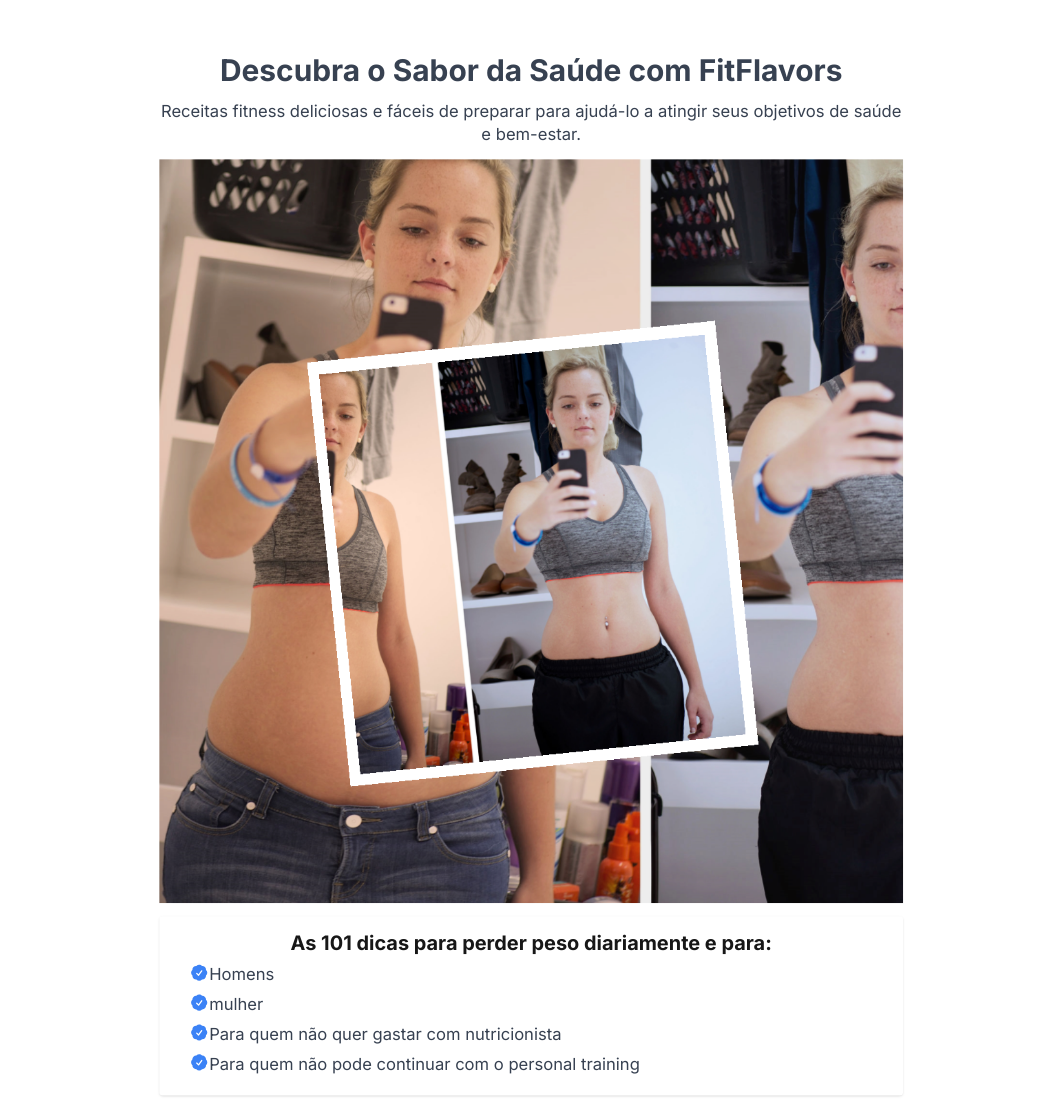
Repository: apreczewski/produtosdigitais
Page: /
These files come from the project's save history. The page is drawn as it stood at one moment and after the next save; the edit follows.
The browser window is 1280 px wide. The pictures show the part of the page from y = 0 to 1336 px (the page is 3620 px tall before and 3668 px after), at 83% of full size.
Pictures or frames that could not be fetched are drawn as grey boxes. The project was rebuilt for these pictures with package versions that can differ from the ones it lists, and the page was loaded fresh each time. The framework's server and built-in components were replaced by stand-ins that run in the browser. Also part of the build but not shown: next.config.js, webpack.config.js.

Above is the page before, as saved 2023-07-27 18:28:49.

After the next save:
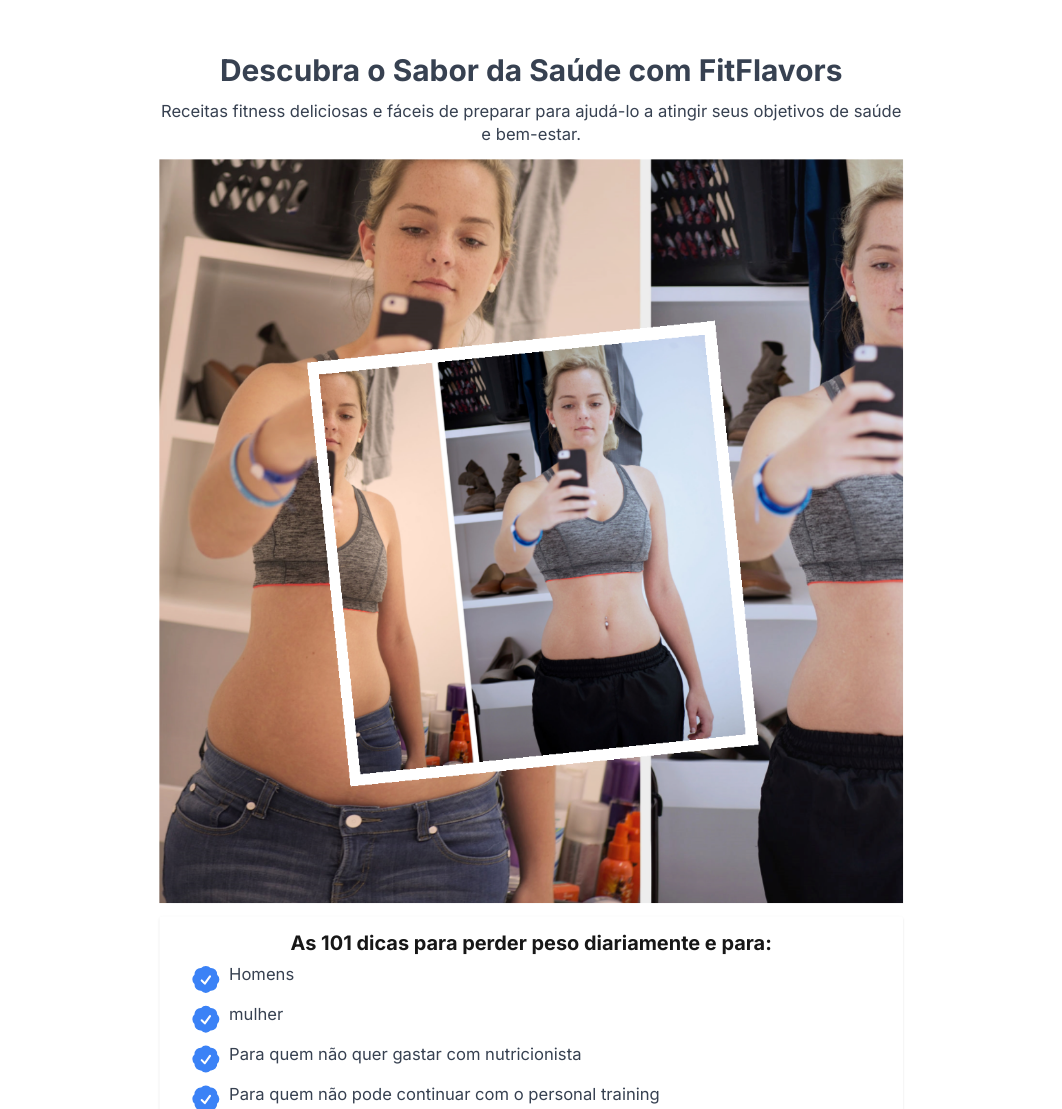
Saved 44 s later.
--- a/src/app/receitasfitness/Section03/index.tsx
+++ b/src/app/receitasfitness/Section03/index.tsx
@@ -35,7 +35,7 @@
       <ul className="list-disc pl-5 justify-start ">
         {features.map((item, index) => (
           <li key={index} className="mb-2 flex text-gray-700 text-xl text-left">
-            <CheckBadgeIcon className="h-6 w-6 text-blue-500" /> {item?.text}
+            <CheckBadgeIcon className="h-10 w-10 mr-2 text-blue-500" /> {item?.text}
           </li>
         ))}
       </ul>
